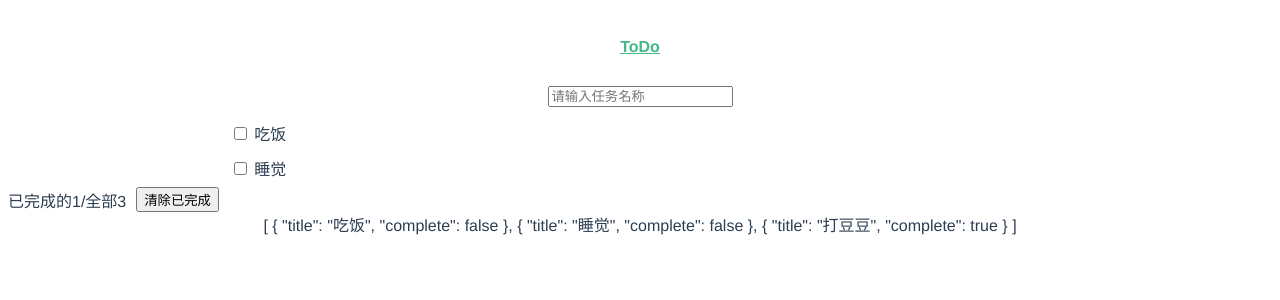
Repository: flyerwge/ToDo
Page: /
The author's editor kept a copy of each file at every save. The page is drawn from the files as they stood at one save, then again after the next save.
The browser window is 1280 px wide. The pictures show the whole page.
The project was rebuilt for these pictures with package versions that can differ from the ones it lists, and the page was loaded fresh each time. Also part of the build but not shown: vue.config.js.

Above is the page before, as saved 2021-03-13 15:47:08.

After the next save:
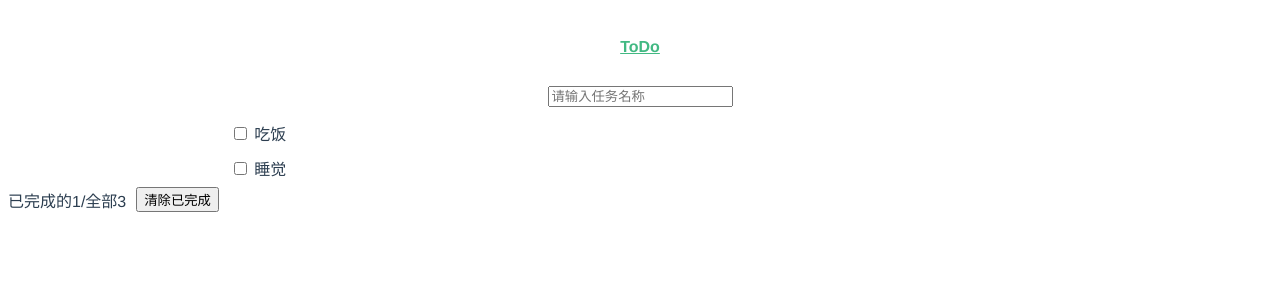
Saved 73 s later.
--- a/src/views/Home.vue
+++ b/src/views/Home.vue
@@ -4,9 +4,6 @@
     <nav-header></nav-header>
     <nav-main></nav-main>
     <nav-footer></nav-footer>
-    <div>
-      {{ list }}
-    </div>
   </div>
 </template>
 
@@ -31,13 +28,9 @@ export default defineComponent({
     NavFooter,
   },
   setup() {
-    let store = useStore();
-    let list = computed(() => {
-      return store.state.list;
-    });
-
+    let add = (val) => {};
     return {
-      list,
+      add,
     };
   },
 });
